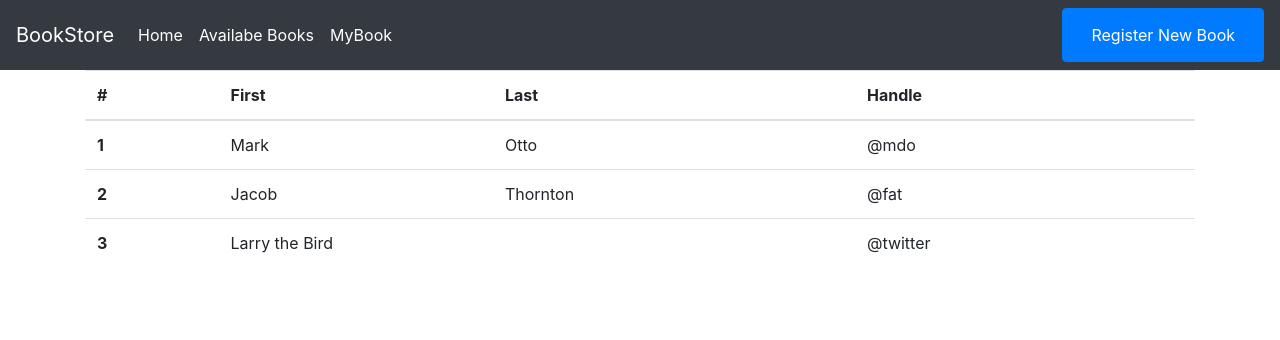
Repository: Sumanta-Sahoo/BookStoreApp
Page: bookstore/src/main/resources/static/availabeBooks.html
An editor plug-in stored every save of this project. The page is shown before and after the next save, followed by the edit.
The browser window is 1280 px wide. The pictures show the whole page.

Above is the page before, as saved 2024-03-15 12:28:41.

After the next save:
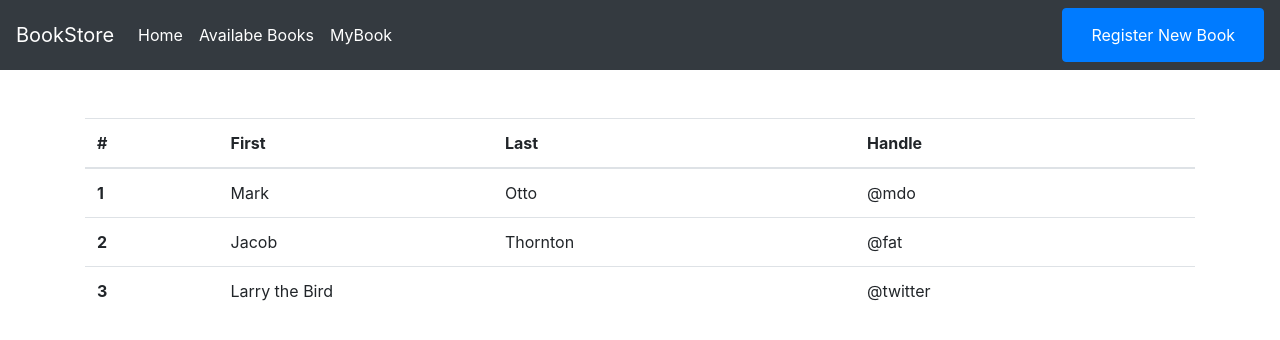
Saved 9 s later.
--- a/bookstore/src/main/resources/static/availabeBooks.html
+++ b/bookstore/src/main/resources/static/availabeBooks.html
@@ -42,7 +42,7 @@
 	</nav>
 
 
-	<div class="container">
+	<div class="container my-5">
 		<table class="table table-white table-hover">
 			<thead>
 				<tr>

After the save that followed:
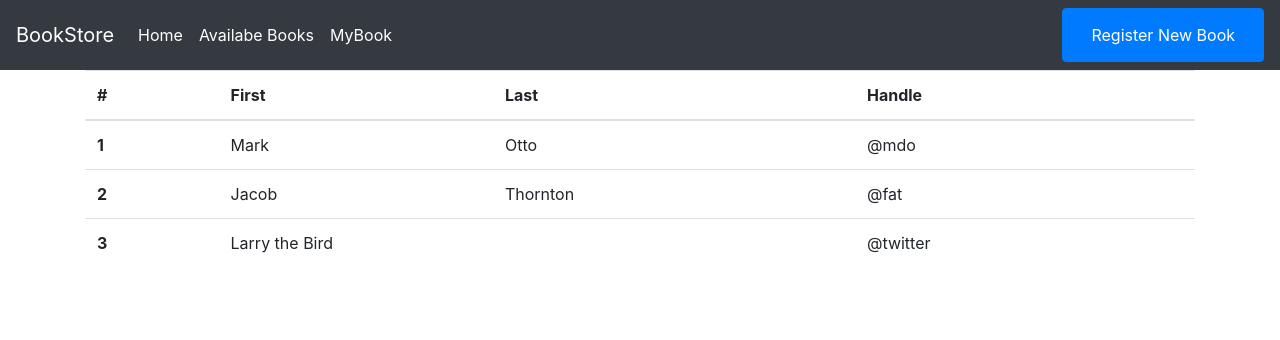
Saved 10 s later.
--- a/bookstore/src/main/resources/static/availabeBooks.html
+++ b/bookstore/src/main/resources/static/availabeBooks.html
@@ -42,7 +42,7 @@
 	</nav>
 
 
-	<div class="container my-5">
+	<div class="container">
 		<table class="table table-white table-hover">
 			<thead>
 				<tr>
